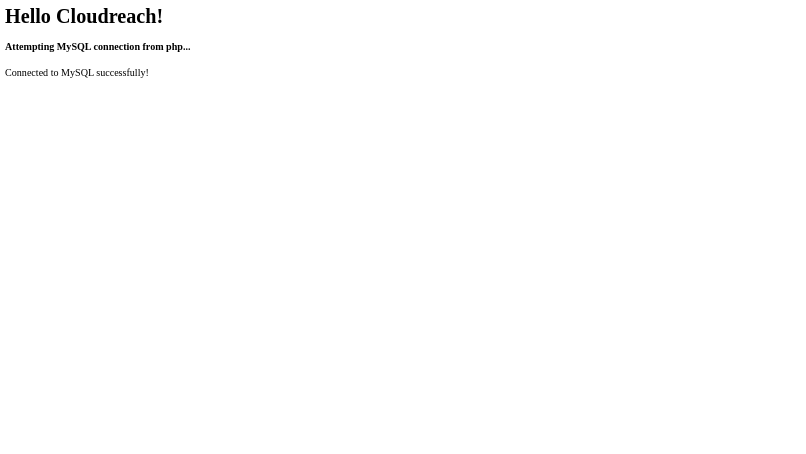
Repository: ssezmar/php...
Page: http://localhost/
An editor plug-in stored every save of this project. The page is shown before and after the next save, followed by the edit.
The browser window is 1280 px wide. The pictures show the whole page, at 63% of full size.
The page is run by PHP 8.4 with error messages shown; the project is at /var/www/html/.

Above is the page before, as saved 2025-09-10 12:00:40.

### public_html/index.php
<h1>Hello Cloudreach!</h1>
<h4>Attempting MySQL connection from php...</h4>
<script>console.log("js is so active")</script>
<?php
$host = 'mysql';
$user = 'root';
$pass = 'rootpassword';
$conn = new mysqli($host, $user, $pass);

if ($conn->connect_error) {
    die("Connection failed: " . $conn->connect_error);
} else {
    echo "Connected to MySQL successfully!";
}

?>

After the next save:
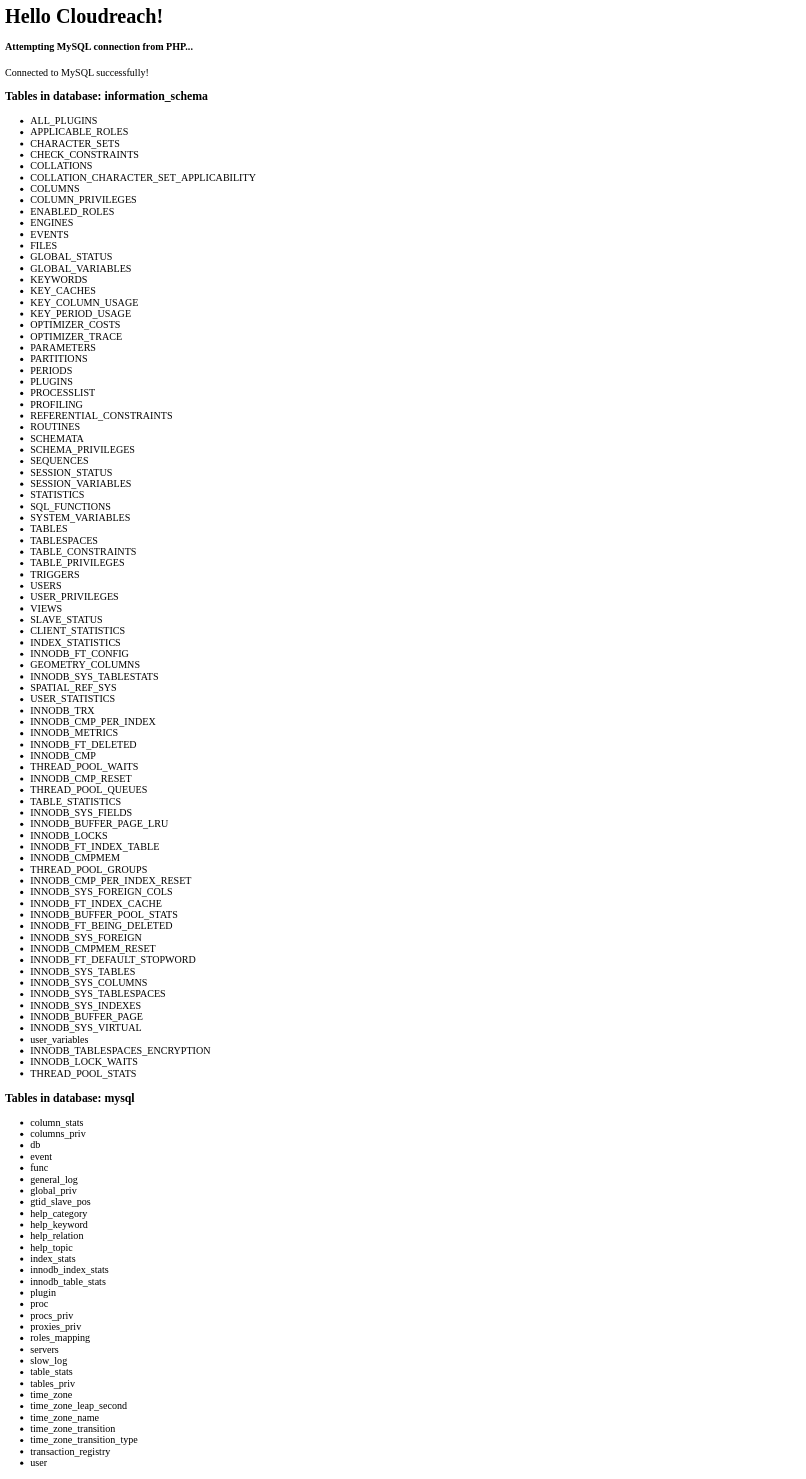
Saved 119 s later.
--- a/public_html/index.php
+++ b/public_html/index.php
@@ -1,5 +1,5 @@
 <h1>Hello Cloudreach!</h1>
-<h4>Attempting MySQL connection from php...</h4>
+<h4>Attempting MySQL connection from PHP...</h4>
 <script>console.log("js is so active")</script>
 <?php
 $host = 'mysql';
@@ -10,7 +10,36 @@
 if ($conn->connect_error) {
     die("Connection failed: " . $conn->connect_error);
 } else {
-    echo "Connected to MySQL successfully!";
+    echo "Connected to MySQL successfully!<br>";
 }
 
+// Получаем список всех баз данных
+$result_dbs = $conn->query("SHOW DATABASES");
+
+if ($result_dbs && $result_dbs->num_rows > 0) {
+    while ($row = $result_dbs->fetch_row()) {
+        $db_name = $row[0];
+        echo "<h3>Tables in database: $db_name</h3>";
+
+        // Переключаемся на каждую базу данных
+        $conn->select_db($db_name);
+
+        // Получаем таблицы в текущей БД
+        $result_tables = $conn->query("SHOW TABLES");
+
+        if ($result_tables && $result_tables->num_rows > 0) {
+            echo "<ul>";
+            while ($table_row = $result_tables->fetch_row()) {
+                echo "<li>" . $table_row[0] . "</li>";
+            }
+            echo "</ul>";
+        } else {
+            echo "No tables found in database '$db_name'.<br>";
+        }
+    }
+} else {
+    echo "No databases found.";
+}
+
+$conn->close();
 ?>
